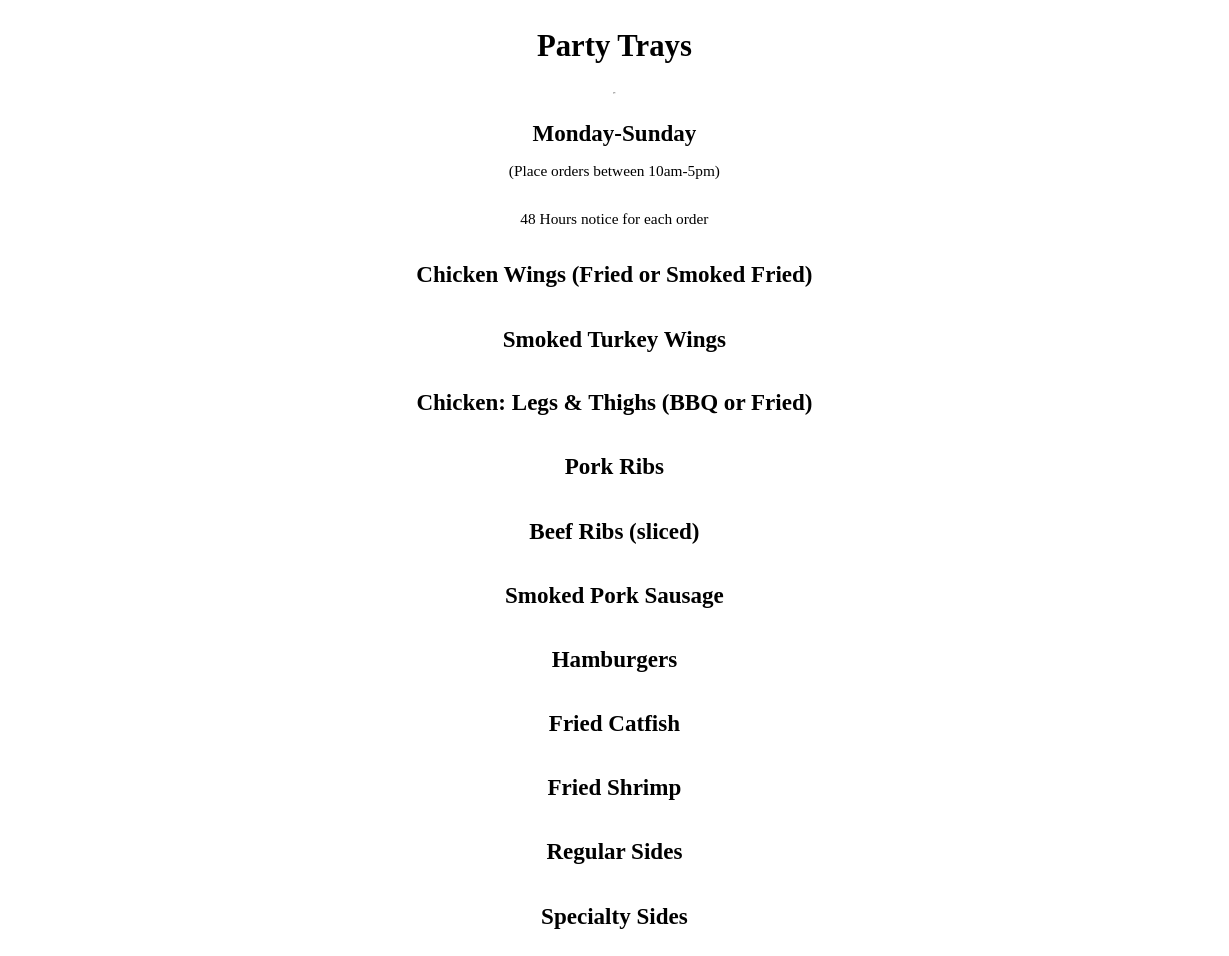
Repository: dukedward/smokehousemenu
Page: pages/trays.html
These files come from the project's save history. The page is drawn as it stood at one moment and after the next save; the edit follows.
The browser window is 1280 px wide. The pictures show the whole page, at 96% of full size.

Above is the page before, as saved 2023-02-28 11:25:15.

### pages/trays.html
<!DOCTYPE html>
<html lang="en">
<head>
    <meta charset="UTF-8">
    <meta http-equiv="X-UA-Compatible" content="IE=edge">
    <meta name="viewport" content="width=device-width, initial-scale=1.0">
    <link rel="stylesheet" href="trays.css" />
    <title>Party Trays</title>
</head>
<body>
    <div class="title">
        <h1>Party Trays</h1>
        <hr>
        <h2>Monday-Sunday</h2>
        <p>(Place orders between 10am-5pm)</p>
        <p>48 Hours notice for each order</p>
    </div>
    <div class="sections">
        <div class="sect">
            <h2>Chicken Wings (Fried or Smoked Fried)</h2>
        </div>
        <div class="sect">
            <h2>Smoked Turkey Wings</h2>
        </div>
        <div class="sect">
            <h2>Chicken: Legs & Thighs (BBQ or Fried)</h2>
        </div>
        <div class="sect">
            <h2>Pork Ribs</h2>
        </div>
        <div class="sect">
            <h2>Beef Ribs (sliced)</h2>
        </div>
        <div class="sect">
            <h2>Smoked Pork Sausage</h2>
        </div>
        <div class="sect">
            <h2>Hamburgers</h2>
        </div>
        <div class="sect">
            <h2>Fried Catfish</h2>
        </div>
        <div class="sect">
            <h2>Fried Shrimp</h2>
        </div>
        <div class="sect">
            <h2>Regular Sides</h2>
        </div>
        <div class="sect">
            <h2>Specialty Sides</h2>
        </div>
    </div>
</body>
</html>

### pages/trays.css
/* * {
	margin: 0;
	padding: 0;
} */

.title {
	display: flex;
	flex-direction: column;
	justify-content: center;
	align-items: center;
}

.title h2 {
    margin-bottom: 0;
}

.sections {
	display: grid;
	/* display: flex; */
	/* justify-content: center; */
	/* align-items: center; */
}

.sect, .sub-sect {
	display: flex;
	flex-direction: column;
	justify-content: center;
	align-items: center;
}

.desc {
    display: flex;
    flex-direction: row;
    justify-content: space-between;
}

.desc p {
    padding-right: 1rem;
}

dt {
    font-size: medium;
    font-weight: bold;
}

dd {
    margin-bottom: 1rem;
}

After the next save:
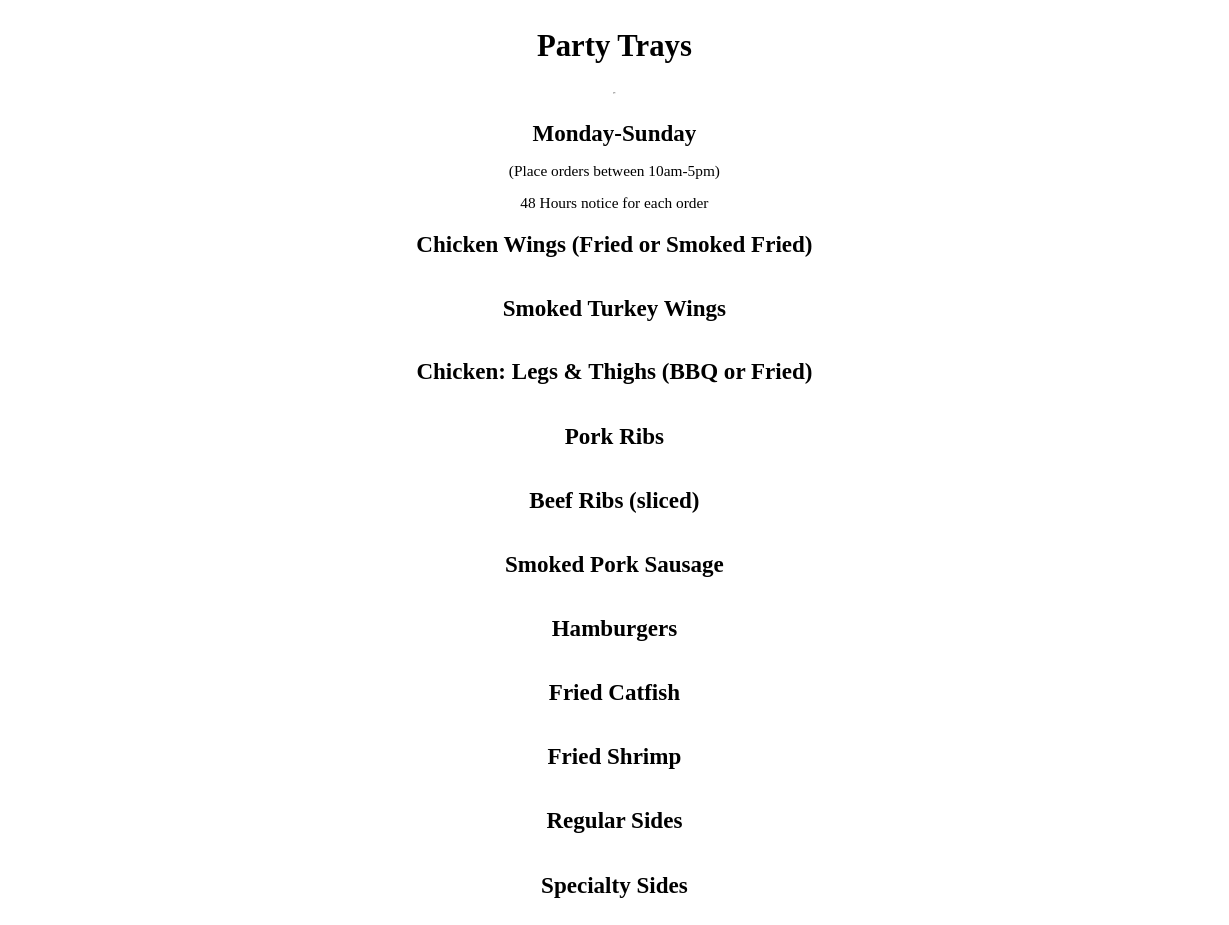
Saved 24 s later.
--- a/pages/trays.css
+++ b/pages/trays.css
@@ -10,7 +10,7 @@
 	align-items: center;
 }
 
-.title h2 {
+.title h2,p {
     margin-bottom: 0;
 }
 
